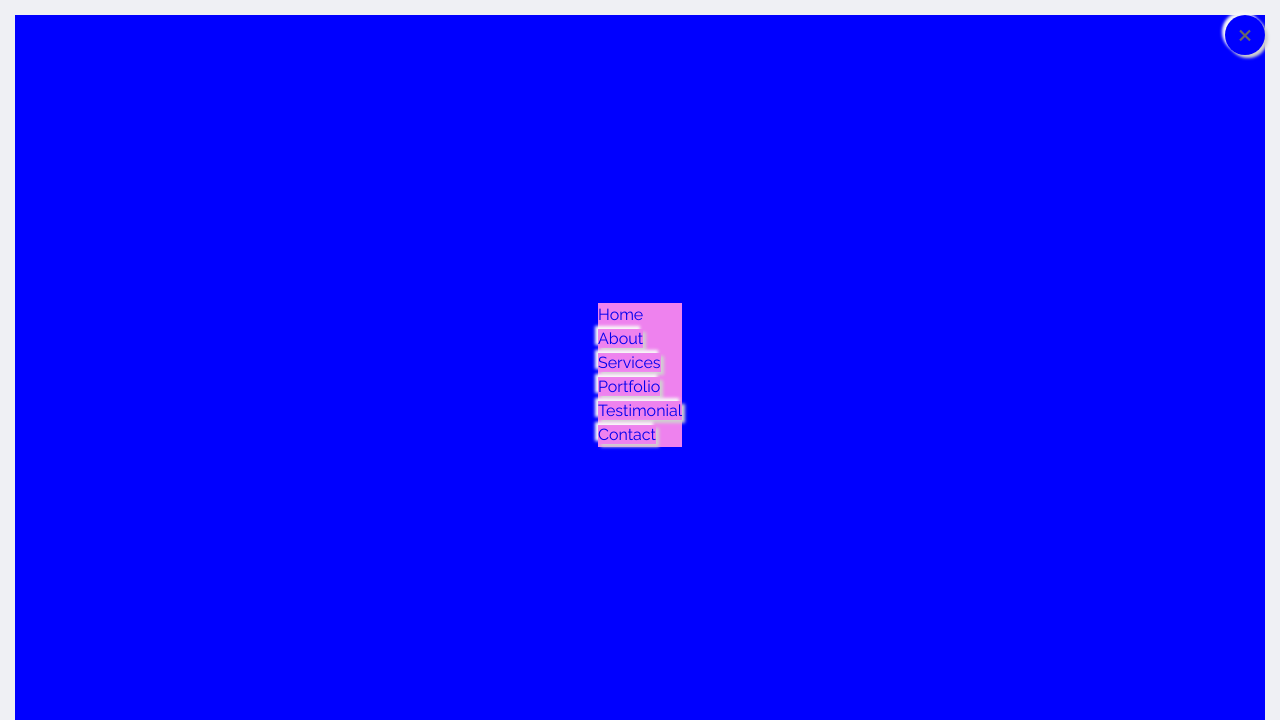
Repository: Mohamed-Hema/Personal-Portfolio---webshala
Page: index.html
These files come from the project's save history. The page is drawn as it stood at one moment and after a run of saves; the edit follows.
The browser window is 1280 px wide. The pictures show the whole page.

Above is the page before, as saved 2021-05-02 14:12:34.

### index.html
<!DOCTYPE html>
<html lang="zxx">
<head>
  <meta charset="utf-8">
  <title>Personal Portfolio Website</title>
  <meta name="viewport" content="width=device-width,initial-scale=1.0">
  <!-- font awesome -->
  <link rel="stylesheet" type="text/css" href="css/font-awesome.css">
  <!-- main css -->
  <link rel="stylesheet" type="text/css" href="css/style.css">
</head>
<body>
    <!-- Start Header -->
    <header class="header">
      <div class="container">
        <div class="row justify-content-between">
          <div class="logo">
            <a href="index.html">w</a>
          </div>
          <div class="hamburger-btn outer-shadow hover-in-shadow">
            <span></span>
          </div>
        </div>
      </div>
    </header>
    <!-- End Header -->
    <!-- Start NavBar -->
    <nav class="nav-menu">
      <div class="close-nav-menu outer-shadow hover-in-shadow">&times;</div>
      <div class="nav-menu-inner">
        <ul>
          <li><a href="#" class="inner-shadow active">Home</a></li>
          <li><a href="#" class="outer-shadow hover-in-shadow">About</a></li>
          <li><a href="#" class="outer-shadow hover-in-shadow">Services</a></li>
          <li><a href="#" class="outer-shadow hover-in-shadow">Portfolio</a></li>
          <li><a href="#" class="outer-shadow hover-in-shadow">Testimonial</a></li>
          <li><a href="#" class="outer-shadow hover-in-shadow">Contact</a></li>
        </ul>
      </div>
    </nav>

    <!-- End NavBar -->

<!-- main js -->
<script src="js/main.js"></script>
<!-- style switcher js -->
<script src="js/style-switcher.js"></script>
</body>
</html>

### css/style.css
/* Start Global Styles */
/* Fonts */
@import url('https://fonts.googleapis.com/css2?family=Raleway&display=swap');
@import url("skins/color-1.css");

/* Define Custom Css Variables */
:root{
    --bg-black-900: #000;
    --bg-black-100: #ddd;
    --bg-black-50:#eff0f4;
    --text-black-900:#000;
    --text-black-700: #555;
    --text-black-600: #666;
    --text-black-300: #bbb;
    --outer-shadow: 3px 3px 3px #d0d0d0, -3px -3px 3px #f8f8f8;
    --outer-shadow-0: 0 0 0 #d0d0d0, 0 0 0 #f8f8f8;
    --inner-shadow: inset 3px 3px 3px #d0d0d0, inset -3px -3px 3px #f8f8f8;
}

body{
    font-size: 16px;
    line-height: 1.5;
    overflow-x: hidden;
    background-color: var(--bg-black-50);
}
*:not(i){
    font-family: 'Raleway', sans-serif;
    font-weight: 400;
}
*,
*::before,
*::after{
    margin: 0;
    padding: 0;
    box-sizing: border-box;
    outline: none;
}
a{
    text-decoration: none;
}
ul{
    list-style: none;
    margin: 0;
    padding: 0;
}
img{
    vertical-align: middle;
    max-width: 100%;
}
.container{
    max-width: 1140px;
    margin: auto;
}
.row{
    display: flex;
    flex-wrap: wrap;
}

.justify-content-between{
    justify-content: space-between;
}
.outer-shadow{
    box-shadow: var(--outer-shadow);
}
.hover-in-shadow{
    position: relative;
    z-index: 1;
}
.hover-in-shadow:hover{
    box-shadow: var(--outer-shadow-0);
}
.hover-in-shadow::after{
    content: '';
    position: absolute;
    left: 0;
    top: 0;
    width: 100%;
    height: 100%;
    transition: all .3s ease;
}
.hover-in-shadow:hover::after{
    box-shadow: var(--inner-shadow);

}
/* End Global Styles */
/* Start Header */
.header{
    padding: 20px 15px;
    position: absolute;
    width: 100%;
    top: 0;
    left: 0;
    z-index: 99;
}
.header .logo a{
    display: inline-block;
    text-align: center;
    line-height: 36px;
    height: 40px;
    width: 40px;
    font-size: 24px;
    color: var(--skin-color);
    border-radius: 50%;
    border: 2px solid var(--skin-color);
    font-weight: 600;
    text-transform: uppercase;
}
.header .hamburger-btn{
    height: 40px;
    width: 40px;
    display: flex;
    align-items: center;
    cursor: pointer;
    border-radius: 50%;
    justify-content: center;
    transition: all .3s ease;
}
.header .hamburger-btn::after{
    border-radius: 50%;

}
.header .hamburger-btn span{
    display: block;
    height: 2px;
    width: 16px;
    background-color: var(--bg-black-900);
    position: relative;
}
.header .hamburger-btn span::before,
.header .hamburger-btn span::after{
    content: '';
    position: absolute;
    left: 0;
    width: 100%;
    height: 100%;
    background-color: var(--bg-black-900);
}
.header .hamburger-btn span::before{
    top: -6px;
}
.header .hamburger-btn span::after{
    top: 6px;
}


/* End Header */
/* Start NavBar */
.nav-menu{
    position: fixed;
    padding: 15px;
    left: 0;
    top: 0;
    width: 100%;
    height: 100%;
    z-index: 999;
    background-color: var(--bg-black-50);
}
.nav-menu .close-nav-menu{
    height: 40px;
    width: 40px;
    display: block;
    font-size: 35px;
    line-height: 35px;
    border-radius: 50%;
    position: absolute;
    right: 15px;
    top: 15px;
    cursor: pointer;
    text-align: center;
    color: var(--text-black-600);

}
.nav-menu .close-nav-menu::after{
    border-radius: 50%;
}
.nav-menu-inner{
    background-color: blue;
    min-height: 100vh;
    display: flex;
    align-items: center;
    justify-content: center;
}
.nav-menu ul {
    background-color: violet;
}



/* End NavBar */

Loaded but not shown: css/font-awesome.css (library); css/skins/color-1.css (common file); js/main.js (no stored copy; drawn as an empty file); js/style-switcher.js (no stored copy; drawn as an empty file)

After the next 2 saves:
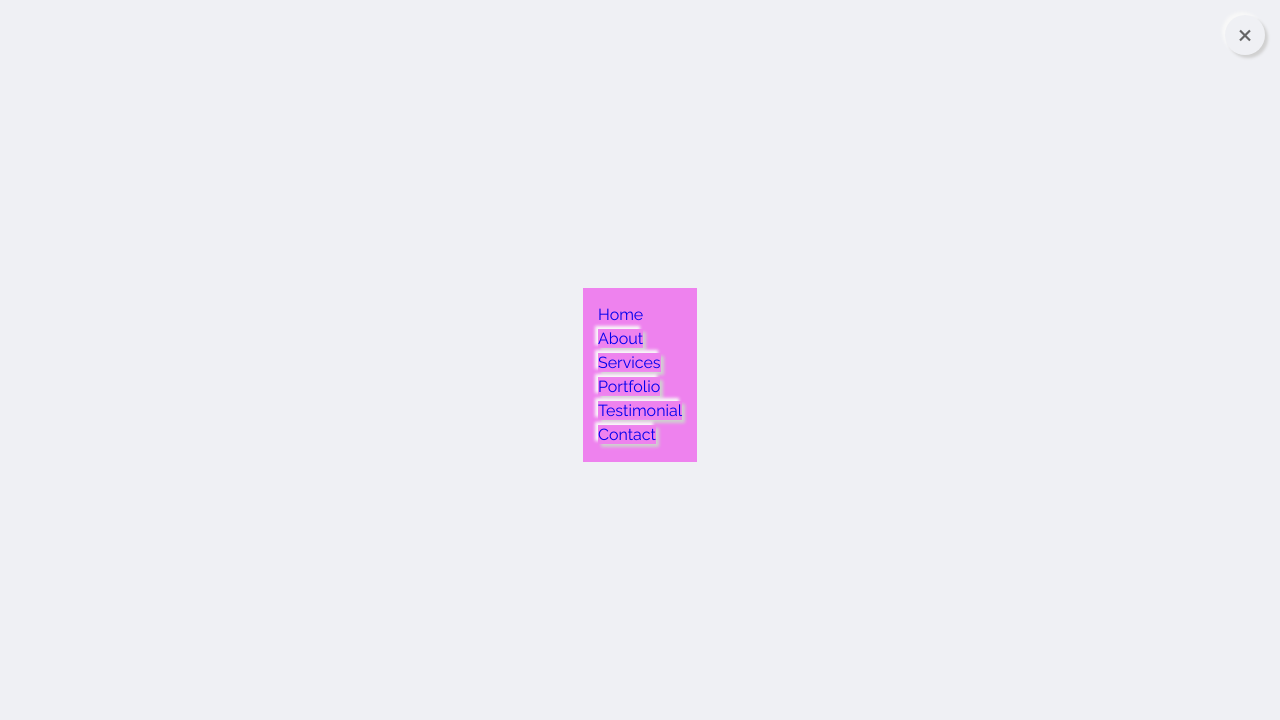
The 2 saves are shown as one change because they came seconds apart.
The last was saved 3 min 51 s later.
--- a/css/style.css
+++ b/css/style.css
@@ -154,6 +154,7 @@ img{
     height: 100%;
     z-index: 999;
     background-color: var(--bg-black-50);
+    overflow-y: auto;
 }
 .nav-menu .close-nav-menu{
     height: 40px;
@@ -174,7 +175,6 @@ img{
     border-radius: 50%;
 }
 .nav-menu-inner{
-    background-color: blue;
     min-height: 100vh;
     display: flex;
     align-items: center;
@@ -182,6 +182,10 @@ img{
 }
 .nav-menu ul {
     background-color: violet;
+    padding: 15px;
+}
+.nav-menu ul li{
+    display: block;
 }
 
 
